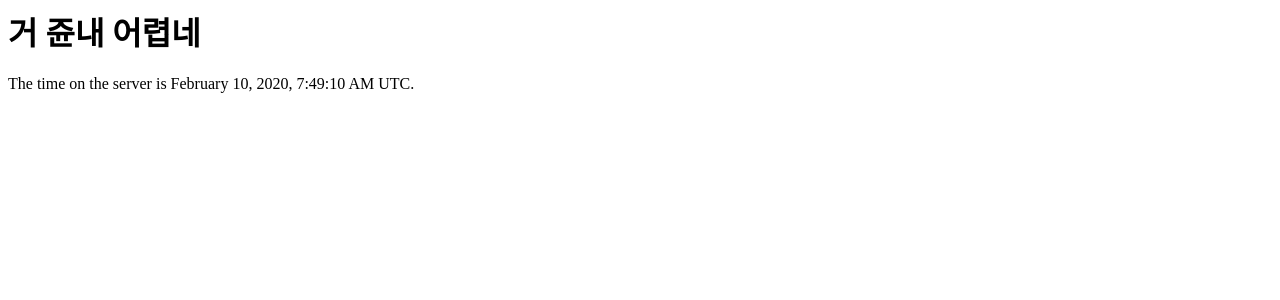
Repository: yoshicon/yoshino
Page: http://localhost/vavo/
The author's editor kept a copy of each file at every save. The page is drawn from the files as they stood at one save, then again after the next save.
The browser window is 1280 px wide. The pictures show the whole page.
The page is served by Tomcat 9. Other server files are loaded and not shown. The template is opened directly, without the code that normally fills it, so the values that code supplies are empty.

Above is the page before, as saved 2020-02-10 08:21:26.

### vavo/src/main/webapp/WEB-INF/views/home.jsp
<%@ page language="java" contentType="text/html; charset=UTF-8" pageEncoding="UTF-8"%>
<%@ taglib uri="http://java.sun.com/jsp/jstl/core" prefix="c" %>
<%@ page session="false" %>
<html>
<head>
	<title>바보</title>
</head>
<body>
<h1>
	거 쥰내 어렵네
</h1>

<P>  The time on the server is ${serverTime}. </P>
</body>
</html>

After the next save:
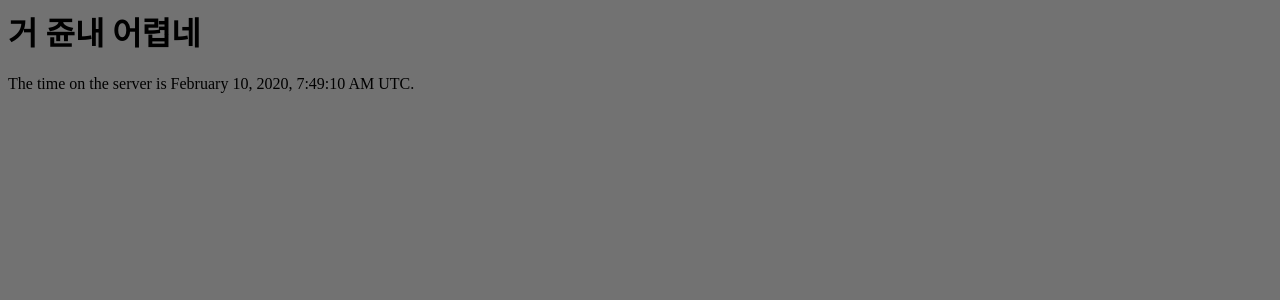
Saved 14 s later.
--- a/vavo/src/main/webapp/WEB-INF/views/home.jsp
+++ b/vavo/src/main/webapp/WEB-INF/views/home.jsp
@@ -5,7 +5,7 @@
 <head>
 	<title>바보</title>
 </head>
-<body>
+<body bgcolor="#727272">
 <h1>
 	거 쥰내 어렵네
 </h1>
